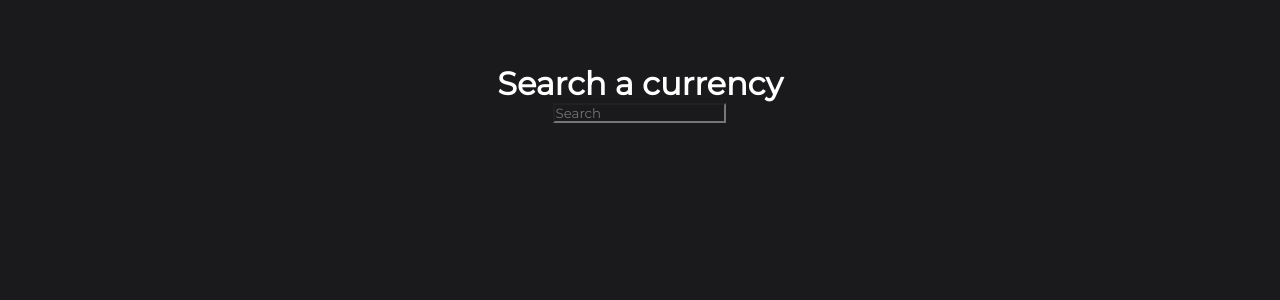
Repository: azizdeghais/Cryptocurrency
Page: /
The author's editor kept a copy of each file at every save. The page is drawn from the files as they stood at one save, then again after the next save.
The browser window is 1280 px wide. The pictures show the whole page.
The page's requests for data from a server got no answer. The project was rebuilt for these pictures with package versions that can differ from the ones it lists, and the page was loaded fresh each time. No one was signed in, and anything a server would have sent is missing. Also part of the build but not shown: src/Coins.css, src/Coin.js.

Above is the page before, as saved 2022-11-11 21:40:58.

After the next save:
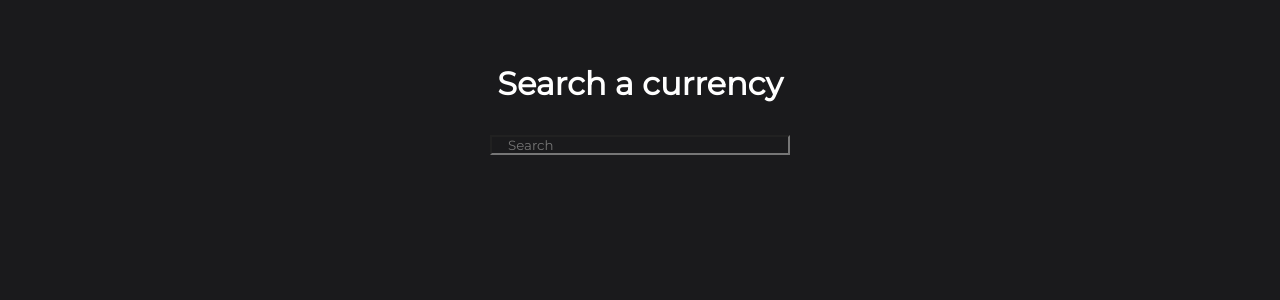
Saved 30 s later.
--- a/src/App.css
+++ b/src/App.css
@@ -22,3 +22,11 @@
   justify-content: center;
   align-items: center;
 }
+.coin-text{
+  margin-bottom: 32px;
+  text-align: center;
+}
+.coin-input{
+  padding-left: 16px;
+  width:300px
+}
